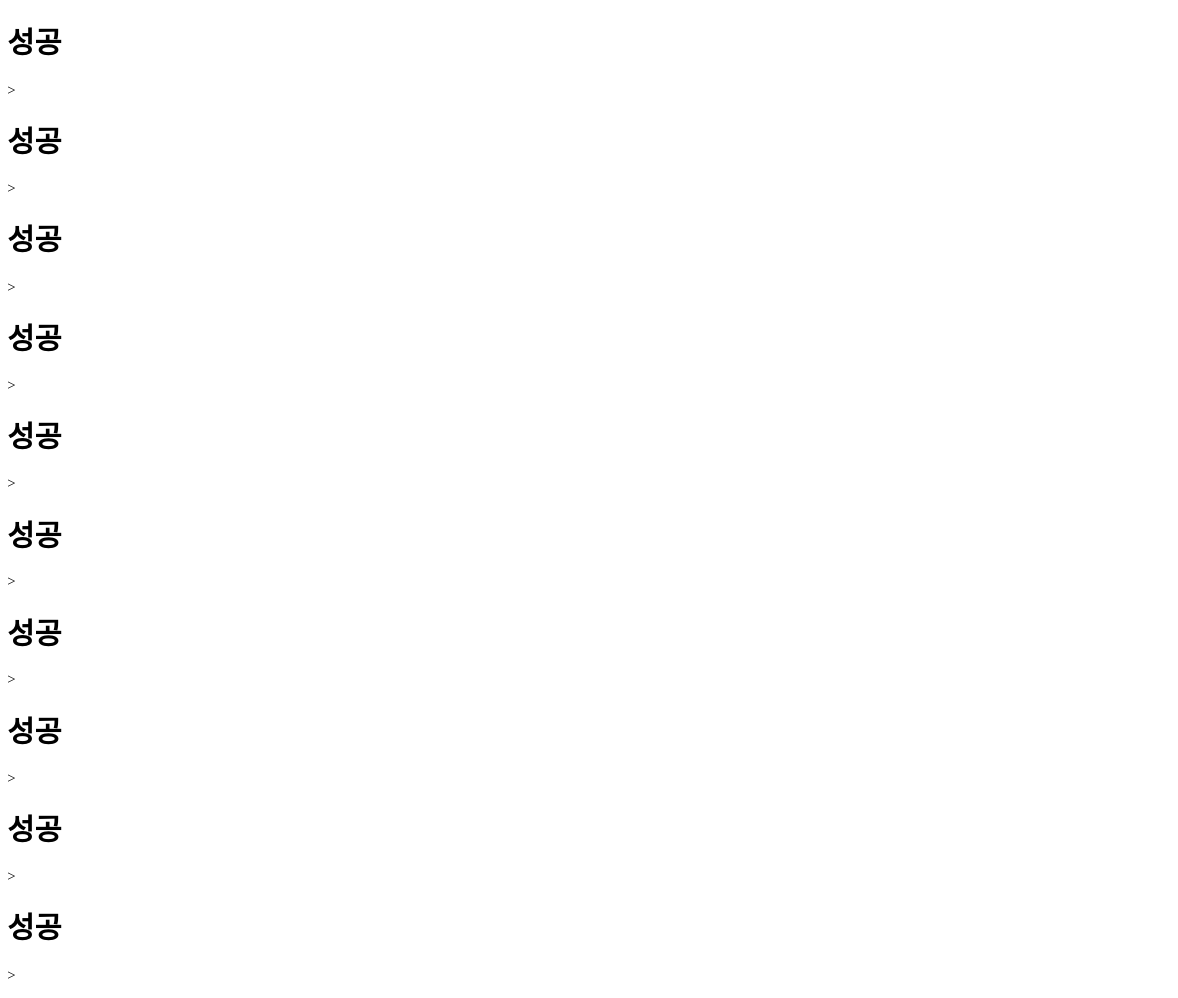
Repository: yjh052216/modapea
Page: http://localhost/CustomerTest-002/Success.jsp
An editor plug-in stored every save of this project. The page is shown before and after the next save, followed by the edit.
The browser window is 1280 px wide. The pictures show the whole page, at 92% of full size.
The page is served by Tomcat 9.

Above is the page before, as saved 2019-12-04 11:48:17.

After the next save:
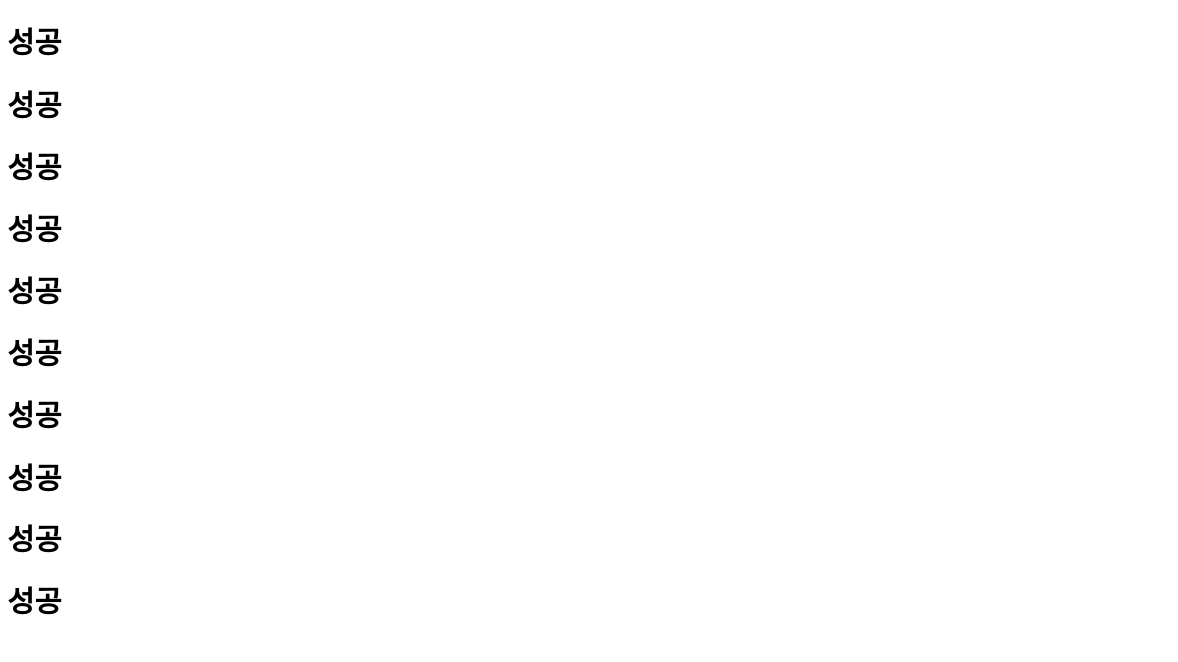
Saved 43 s later.
--- a/CustomerTest-002/src/main/webapp/Success.jsp
+++ b/CustomerTest-002/src/main/webapp/Success.jsp
@@ -8,16 +8,16 @@
 </head>
 <body>
 
-<h1> 성공</h1>><p>
-<h1> 성공</h1>><p>
-<h1> 성공</h1>><p>
-<h1> 성공</h1>><p>
-<h1> 성공</h1>><p>
-<h1> 성공</h1>><p>
-<h1> 성공</h1>><p>
-<h1> 성공</h1>><p>
-<h1> 성공</h1>><p>
-<h1> 성공</h1>><p>
+<h1> 성공</h1><p>
+<h1> 성공</h1><p>
+<h1> 성공</h1><p>
+<h1> 성공</h1><p>
+<h1> 성공</h1><p>
+<h1> 성공</h1><p>
+<h1> 성공</h1><p>
+<h1> 성공</h1><p>
+<h1> 성공</h1><p>
+<h1> 성공</h1><p>
 
 </body>
 </html>
